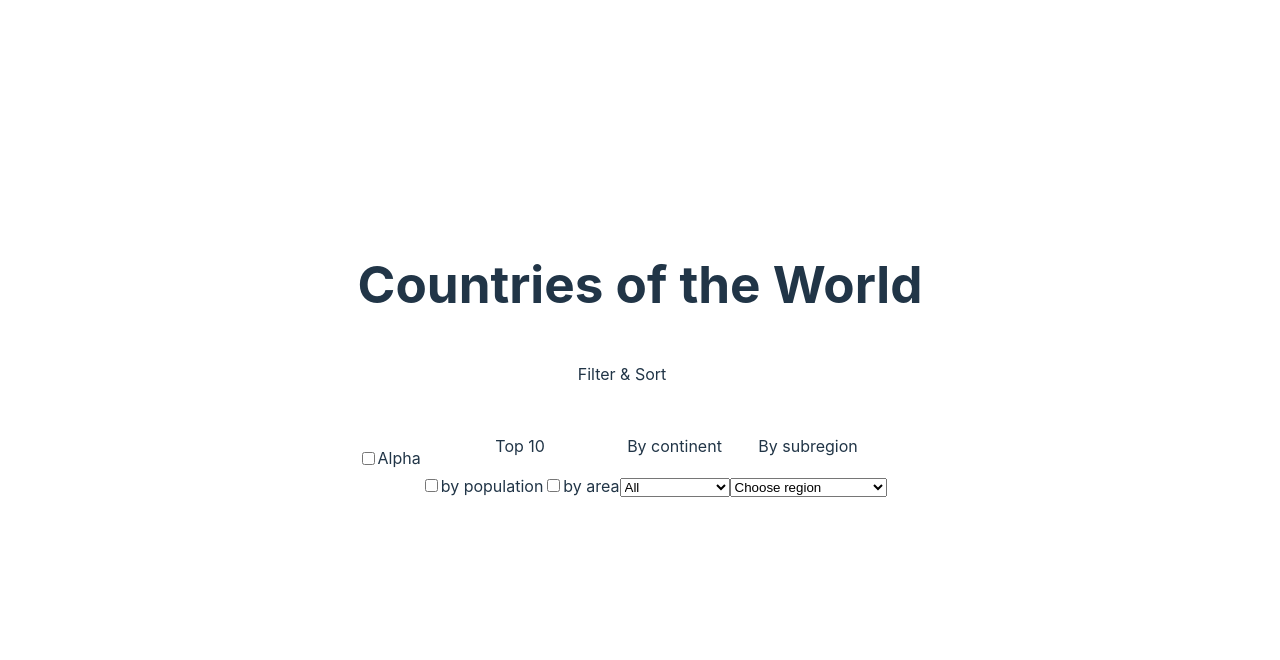
Repository: SamanthaYan298/my_countries
Page: /
An editor plug-in stored every save of this project. The page is shown before and after a run of saves, followed by the edit.
The browser window is 1280 px wide. The pictures show the whole page.
The project was rebuilt for these pictures with package versions that can differ from the ones it lists, and the page was loaded fresh each time. Also part of the build but not shown: vite.config.js.

Above is the page before, as saved 2024-11-04 17:02:44.

After the next 2 saves:
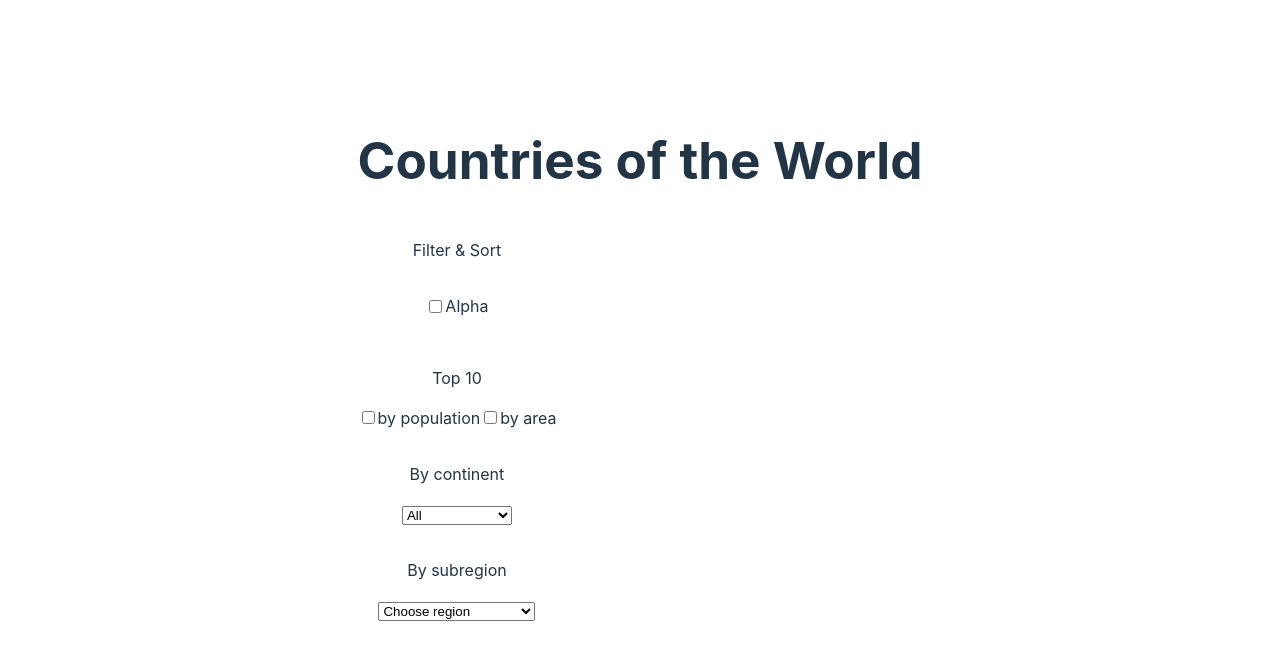
The 2 saves are shown as one change because they came seconds apart.
The last was saved 35 s later.
--- a/src/App.css
+++ b/src/App.css
@@ -27,7 +27,7 @@
   text-align: center;
 }
 
-.inner-container {
+.filters {
   display: flex;
   flex-direction: column;
   align-items: center;
